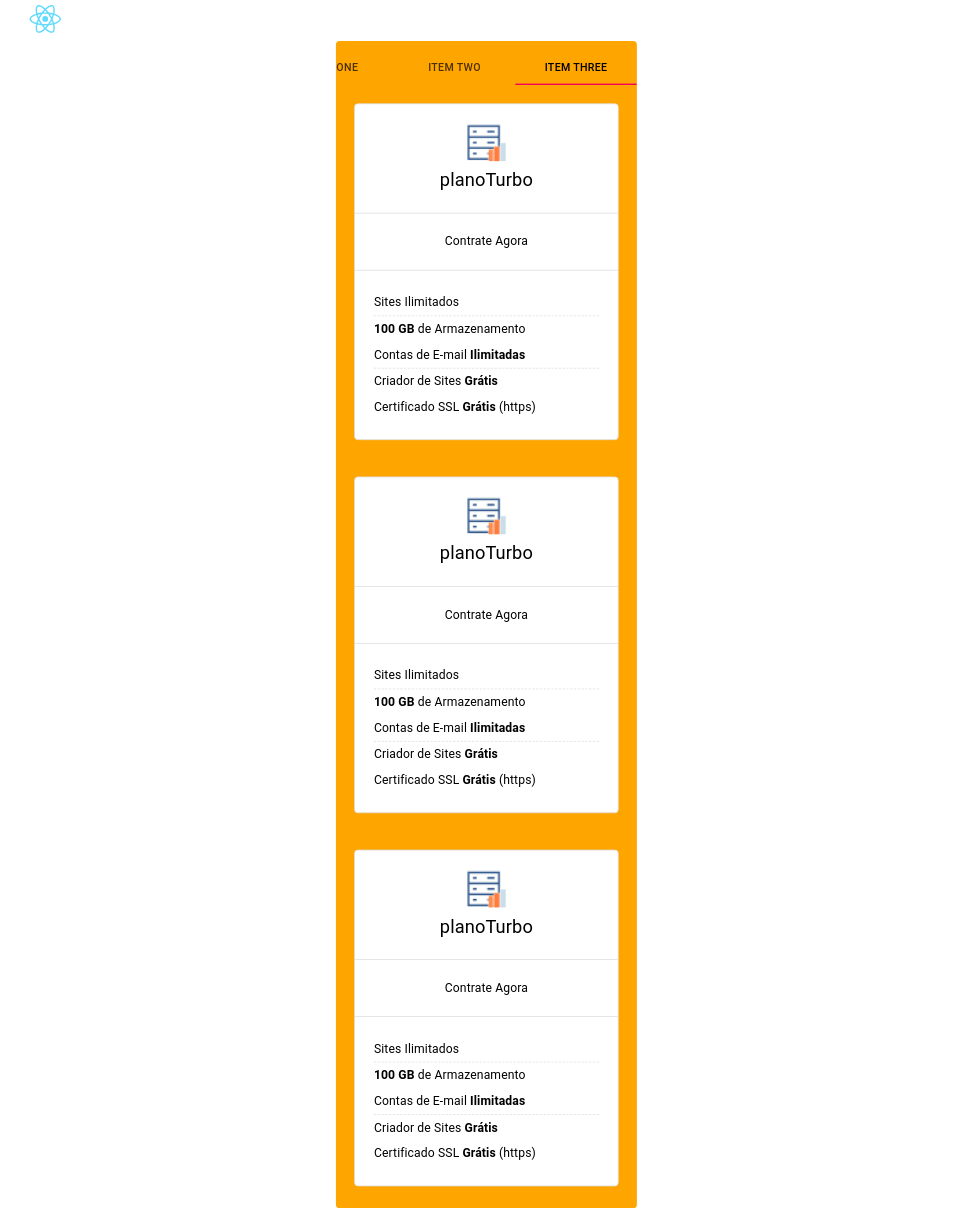
Repository: gatomazi/hostgatorFrontend
Page: /, after clicking the first element matching `#simple-tab-2`
The author's editor kept a copy of each file at every save. The page is drawn from the files as they stood at one save, then again after the next save.
The browser window is 1280 px wide. The pictures show the whole page, at 76% of full size.
The project was rebuilt for these pictures with package versions that can differ from the ones it lists, and the page was loaded fresh each time.

Above is the page before, as saved 2020-01-24 12:13:06.

After the next save:
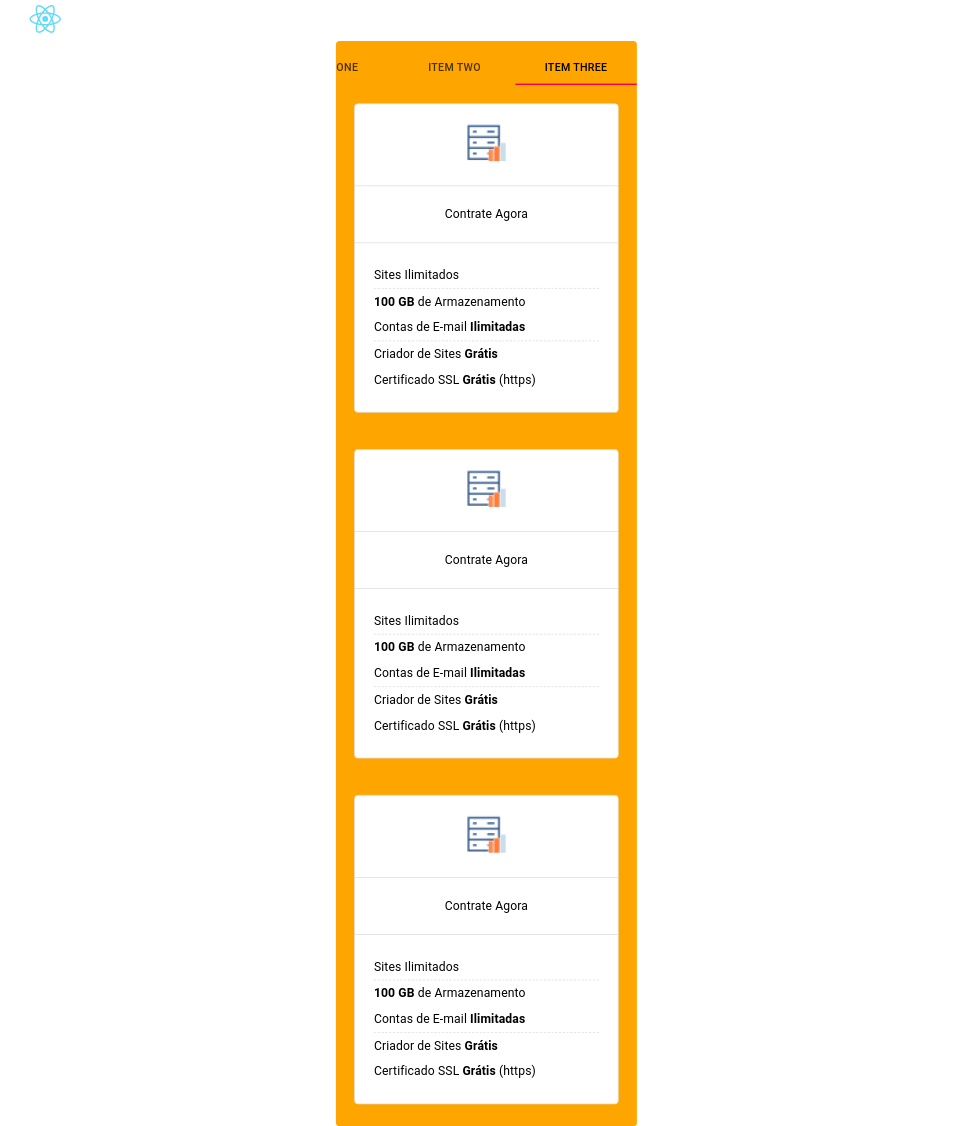
Saved 17 s later.
--- a/src/components/PlanoCard.js
+++ b/src/components/PlanoCard.js
@@ -14,7 +14,7 @@ const PlanoCard = ({ planInfo = {} }) => {
           className="Navbar-logo"
           alt="logo"
         />
-        <span>{planInfo}</span>
+        <span>{planInfo.name}</span>
       </div>
       <div className="insideDivisor">Contrate Agora</div>
       <div style={{ textAlign: "left" }}>
